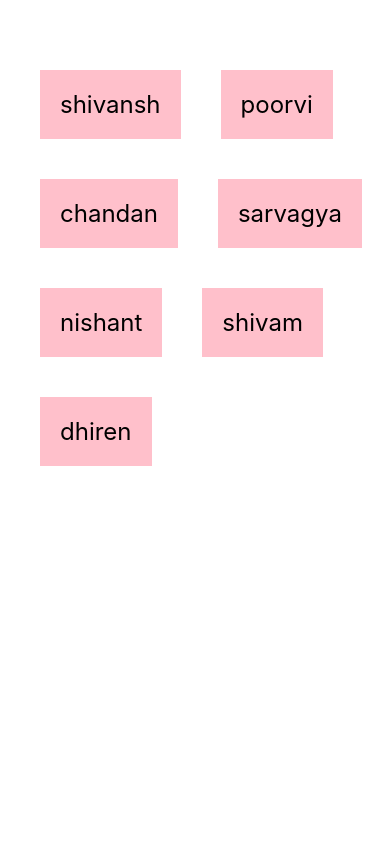
Repository: shiv0403/React-native-tutorial
Screen: /
An editor plug-in stored every save of this project. The screen is shown before and after the next save, followed by the edit.
The app was drawn by React Native's web renderer in a window 390 px wide. The project was rebuilt for these pictures with package versions that can differ from the ones it lists, and the page was loaded fresh each time.

Above is the screen before, as saved 2021-02-11 08:43:34.

After the next save:
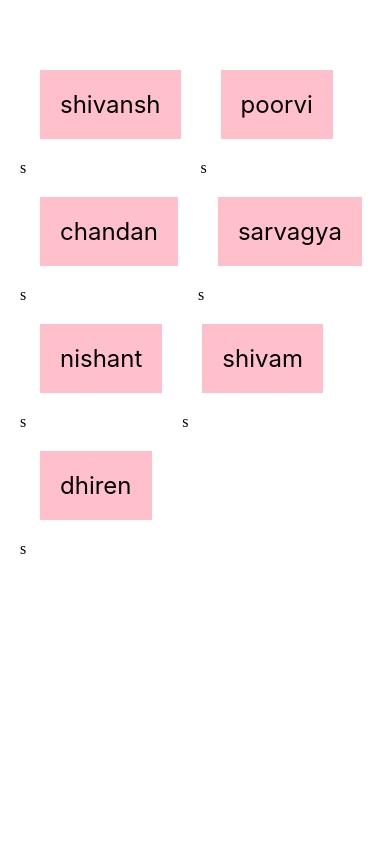
Saved 8 min 2 s later.
--- a/App.js
+++ b/App.js
@@ -1,5 +1,12 @@
 import React, { useState } from "react";
-import { FlatList, ScrollView, StyleSheet, Text, View } from "react-native";
+import {
+  FlatList,
+  ScrollView,
+  StyleSheet,
+  Text,
+  TouchableOpacity,
+  View,
+} from "react-native";
 
 export default function App() {
   const [people, setPeople] = useState([
@@ -18,7 +25,11 @@
         numColumns={2}
         keyExtractor={(item) => item.key}
         data={people}
-        renderItem={({ item }) => <Text style={styles.text}>{item.name}</Text>}
+        renderItem={({ item }) => (
+          <TouchableOpacity>
+            <Text style={styles.text}>{item.name}</Text>s
+          </TouchableOpacity>
+        )}
       />
     </View>
   );

After the save that followed:
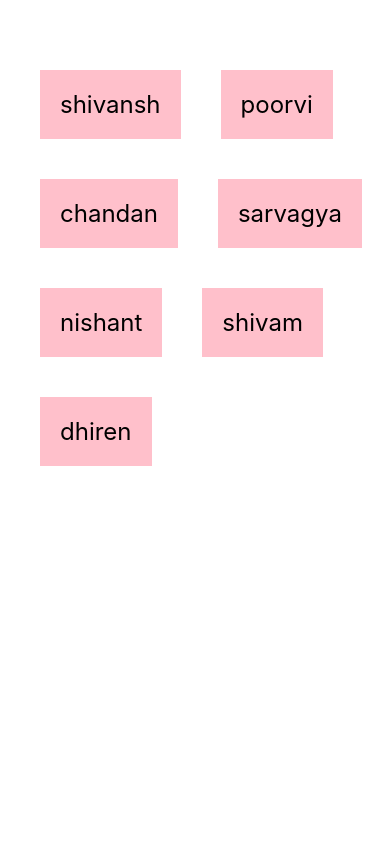
Saved 4 s later.
--- a/App.js
+++ b/App.js
@@ -27,7 +27,7 @@
         data={people}
         renderItem={({ item }) => (
           <TouchableOpacity>
-            <Text style={styles.text}>{item.name}</Text>s
+            <Text style={styles.text}>{item.name}</Text>
           </TouchableOpacity>
         )}
       />
